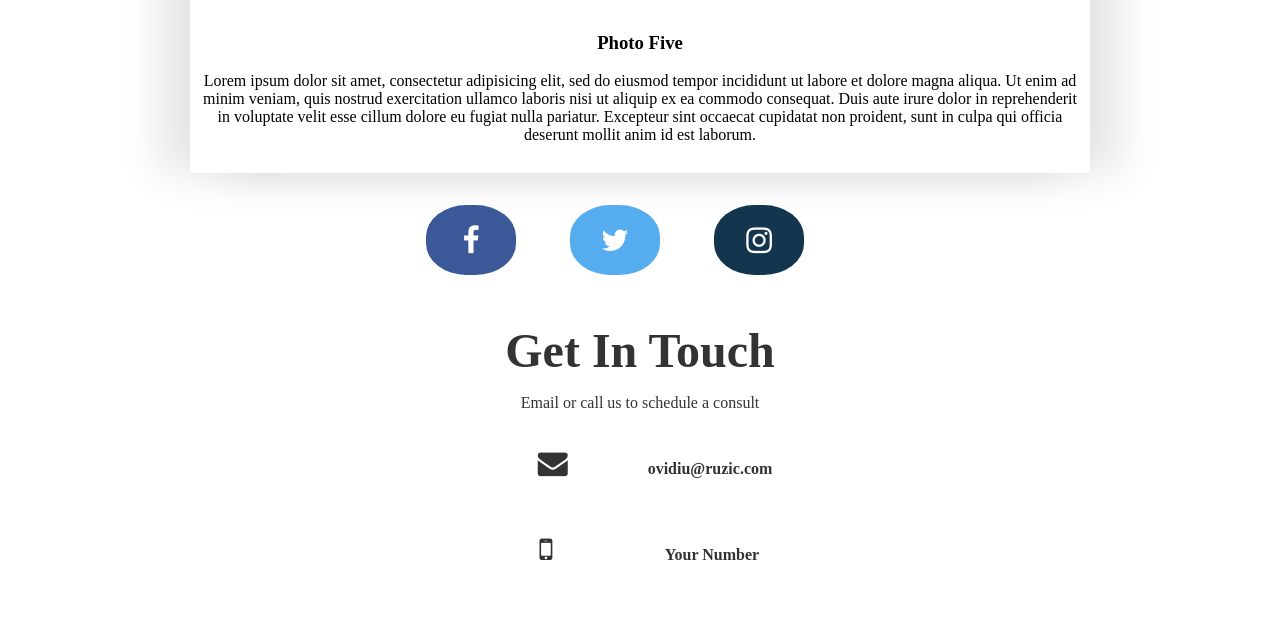
Repository: konstantin0s/mobile-photography
Page: index.html
These files come from the project's save history. The page is drawn as it stood at one moment and after the next save; the edit follows.
The browser window is 1280 px wide. The pictures show the part of the page from y = 4062 to 4736 px (the page is 4702 px tall before and 4736 px after).

Above is the page before, as saved 2019-05-11 15:01:24.

### index.html
<!DOCTYPE html>
<html lang="en" dir="ltr">
  <head>
    <meta charset="utf-8">
    <meta name="viewport" content="width=device-width, initial-scale=1.0">
    <meta http-equiv="X-UA-Compatible" content="ie=edge">
    <link rel="stylesheet" href="https://cdnjs.cloudflare.com/ajax/libs/font-awesome/4.7.0/css/font-awesome.min.css">
    <link rel="stylesheet" href="css/style.css">

    <title>Mobile Photography</title>
  </head>
  <body>
<main>
  <div id="landing" class="">
    <div id="landing-text" class="">
      <div id="landing-text-inner" class="">
       <img id="logo" src="img/logos.png" />
       <h1>Photography</h1>
        <a href="#images" class="btn" id="view-work">
          View Work
        </a>
      </div>
    </div>
    <div id="landing-image" class="">

    </div>
  </div>

  <div id="images" class="">
<div id="header">
  <h2>Our Work</h2>
</div>
<img src="https://source.unsplash.com/1600x900/?nature,water" alt="">
<div class="caption">
  <h3>Photo One</h3>
  <p>
    Lorem ipsum dolor sit amet, consectetur adipisicing elit, sed do eiusmod tempor incididunt ut labore et dolore magna aliqua. Ut enim ad minim veniam, quis nostrud exercitation ullamco laboris nisi ut aliquip ex ea commodo consequat. Duis aute irure dolor in reprehenderit in voluptate velit esse cillum dolore eu fugiat nulla pariatur. Excepteur sint occaecat cupidatat non proident, sunt in culpa qui officia deserunt mollit anim id est laborum.

  </p>
</div>

<img src="https://source.unsplash.com/1600x900/?nature,clouds" alt="">
<div class="caption">
  <h3>Photo Two</h3>
  <p>
    Lorem ipsum dolor sit amet, consectetur adipisicing elit, sed do eiusmod tempor incididunt ut labore et dolore magna aliqua. Ut enim ad minim veniam, quis nostrud exercitation ullamco laboris nisi ut aliquip ex ea commodo consequat. Duis aute irure dolor in reprehenderit in voluptate velit esse cillum dolore eu fugiat nulla pariatur. Excepteur sint occaecat cupidatat non proident, sunt in culpa qui officia deserunt mollit anim id est laborum.

  </p>
</div>

<img src="https://source.unsplash.com/1600x900/?nature,animals" alt="">
<div class="caption">
  <h3>Photo Three</h3>
  <p>
    Lorem ipsum dolor sit amet, consectetur adipisicing elit, sed do eiusmod tempor incididunt ut labore et dolore magna aliqua. Ut enim ad minim veniam, quis nostrud exercitation ullamco laboris nisi ut aliquip ex ea commodo consequat. Duis aute irure dolor in reprehenderit in voluptate velit esse cillum dolore eu fugiat nulla pariatur. Excepteur sint occaecat cupidatat non proident, sunt in culpa qui officia deserunt mollit anim id est laborum.

  </p>
</div>

<img src="https://source.unsplash.com/1600x900/?nature,trees" alt="">
<div class="caption">
  <h3>Photo Four/h3>
  <p>
    Lorem ipsum dolor sit amet, consectetur adipisicing elit, sed do eiusmod tempor incididunt ut labore et dolore magna aliqua. Ut enim ad minim veniam, quis nostrud exercitation ullamco laboris nisi ut aliquip ex ea commodo consequat. Duis aute irure dolor in reprehenderit in voluptate velit esse cillum dolore eu fugiat nulla pariatur. Excepteur sint occaecat cupidatat non proident, sunt in culpa qui officia deserunt mollit anim id est laborum.

  </p>
</div>

<img src="https://source.unsplash.com/1600x900/?nature,flowers" alt="">
<div class="caption">
  <h3>Photo Five</h3>
  <p>
    Lorem ipsum dolor sit amet, consectetur adipisicing elit, sed do eiusmod tempor incididunt ut labore et dolore magna aliqua. Ut enim ad minim veniam, quis nostrud exercitation ullamco laboris nisi ut aliquip ex ea commodo consequat. Duis aute irure dolor in reprehenderit in voluptate velit esse cillum dolore eu fugiat nulla pariatur. Excepteur sint occaecat cupidatat non proident, sunt in culpa qui officia deserunt mollit anim id est laborum.

  </p>
</div>

  </div>

</main>

<footer>
    <a href="#" class="fa fa-facebook"></a>
    <a href="#" class="fa fa-twitter"></a>
    <a href="#" class="fa fa-instagram"></a>

  <h3>Get In Touch</h3>
  <p>Email or call us to schedule a consult</p>
  <p><i class="fa fa-envelope fa-5x" aria-hidden="true"></i><strong>ovidiu@ruzic.com</strong>
  </p>
  <p><i class="fa fa-mobile fa-5x" aria-hidden="true"></i> <strong>Your Number</strong></p>
</footer>
<script
src="https://code.jquery.com/jquery-3.3.1.min.js"
integrity="sha256-FgpCb/KJQlLNfOu91ta32o/NMZxltwRo8QtmkMRdAu8="
crossorigin="anonymous"></script>
<script type="text/javascript" src="js/main.js">

</script>
  </body>
</html>

### css/style.css
import url('https://fonts.googleapis.com/css?family=Open+Sans');

body {
  font-family: 'Open Sans', sans-serif;
  margin: 0;
  background-color: #eee;
  height: auto;
}

h1{
  font-weight: 400;
  font-size: 2.5rem;
  text-transform: uppercase;
  margin: 0;
  border-bottom: 1px solid black;
  top: -90px;
  position: relative;
}

h2 {
  font-weight: 400;
  font-size: 1.2rem;
  text-transform: capitalize;
  margin: 0;
}

img {
  display: block;
  width: 100%;
}

#logo {
  top: -80px;
  position: relative;
}

main {
  max-width: 900px;
  margin: auto;
  box-shadow: 30px 0px 40px rgba(0,0,0,0.1), -30px 0px 40px rgba(0,0,0,0.1);
}

#landing {
  background: #fff;
  }

#landing-text {
display: flex;
flex: 0 1 40vw;
height: 50vh;
justify-content: center;
align-items: center;
text-align: center;
padding-right: 1rem;
padding-left: 1rem;
}

#landing-text h2 {
  color: #888;
}
.btn {
  padding: 0.5rem 2rem;
  border: 1px #ccc solid;
  display: inline-block;
  margin: 2rem 0 0;
  border-radius: 50px;
  text-decoration: none;
  color: #333;
  transition: background 500ms ease;
}

#landing-image {
  background: url(https://source.unsplash.com/De8wMYoSSBc);
  background-position: center;
  background-size: cover;
  background-repeat: no-repeat;
  height: 50vh;
  flex: 0 1 60vw;
  margin: 0;
}

.btn:hover {
  background: #f4f4f4;
}

#header {
  padding: 1.5rem;
  text-align: center;
  background: #333;
  color: #fff;
}

#header h2 {
  border-left: dotted 1px #fff;
  border-right: dotted 1px #fff;
display: inline-block;
padding-right: 1rem;
padding-left: 1rem;
}

.caption {
  padding: 0.8rem;
  text-align: center;
}

footer {
  text-align: center;
  padding: 2rem 1rem;
  margin: auto;
  color: #333;
}

footer h3 {
  font-size: 3rem;
  margin-bottom: 0;
}

.fa {
  padding: 20px;
  margin-right: 50px;
  font-size: 30px;
  width: 50px;
  text-align: center;
  text-decoration: none;
  border-radius: 45%;
}

/* Add a hover effect if you want */
.fa:hover {
  opacity: 0.7;
}

/* Set a specific color for each brand */

/* Facebook */
.fa-facebook {
  background: #3B5998;
  color: white;
}

/* Twitter */
.fa-twitter {
  background: #55ACEE;
  color: white;
}

/* Instagram */
.fa-instagram {
  background: rgb(19, 53, 78);
  color: white;
}

/* Email & Phone*/

.fa-envelope {

}

.fa-mobile {
position: relative;
left:-20px;
height: 30px
}


/* Screen size 500px and up*/
@media(min-width: 500px) {
  #landing {
    display: flex;
    height: 100%;
  }
  #landing-text {
    height: 100vh;
  }
  #landing-image {
    height: 100vh;
  }
}

/* Screen size 700px and up*/
@media(min-width: 700px) {
  .btn {
    padding: 1rem 3rem;
  }
}

/* Screen size 700px and up*/
@media(max-width: 500px) {
  .btn {
    padding: 1rem 3rem;
  }


  #logo {
    display: flex;
    width: 200px;
    height: 150px;
    flex-direction: column;
    top: -30px;
    position: relative;
  }

  h1 {

    flex-direction: column;
    top: -20px;
  font-size: 28px;
  border-bottom: 1px solid black;
  }
}

### js/main.js
//animate smooth scroll
$('#view-work').on('click', function() {
  const images = $('#images').position().top;

  $('html, body').animate({
    scrollTop: images
  }, 900)
});

After the next save:
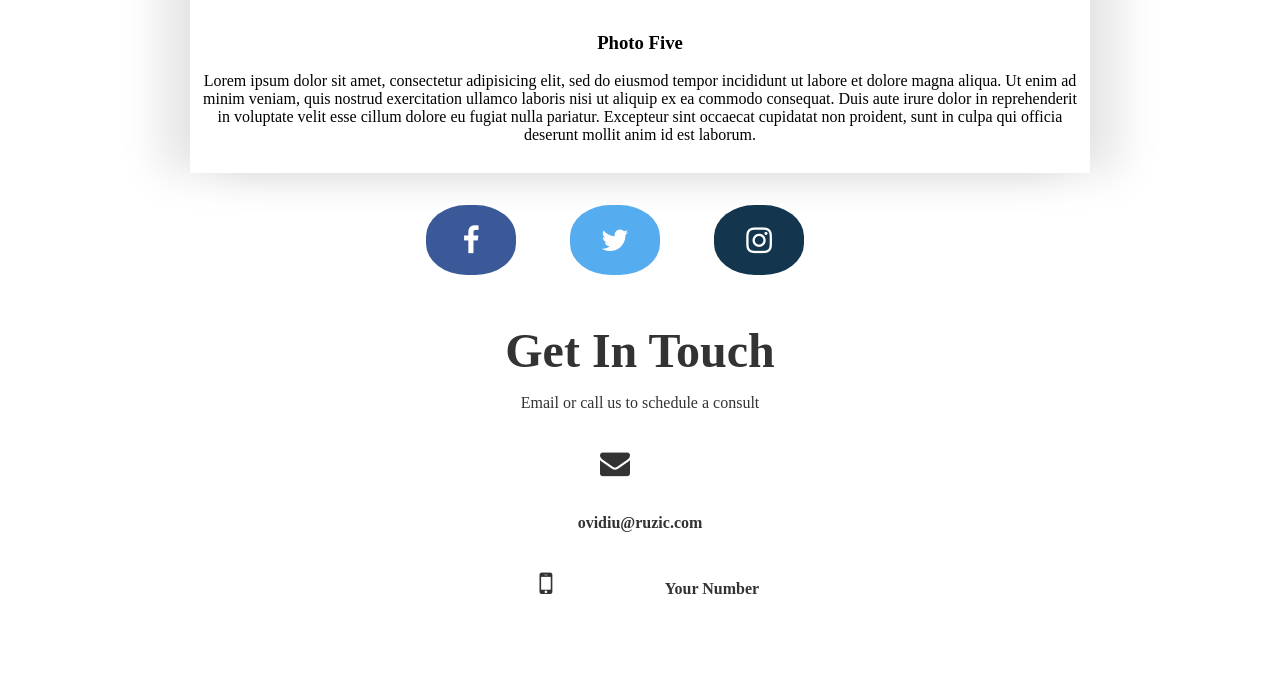
Saved 30 s later.
--- a/index.html
+++ b/index.html
@@ -86,7 +86,7 @@
 
   <h3>Get In Touch</h3>
   <p>Email or call us to schedule a consult</p>
-  <p><i class="fa fa-envelope fa-5x" aria-hidden="true"></i><strong>ovidiu@ruzic.com</strong>
+  <i class="fa fa-envelope fa-5x" aria-hidden="true"></i><p><strong>ovidiu@ruzic.com</strong>
   </p>
   <p><i class="fa fa-mobile fa-5x" aria-hidden="true"></i> <strong>Your Number</strong></p>
 </footer>
